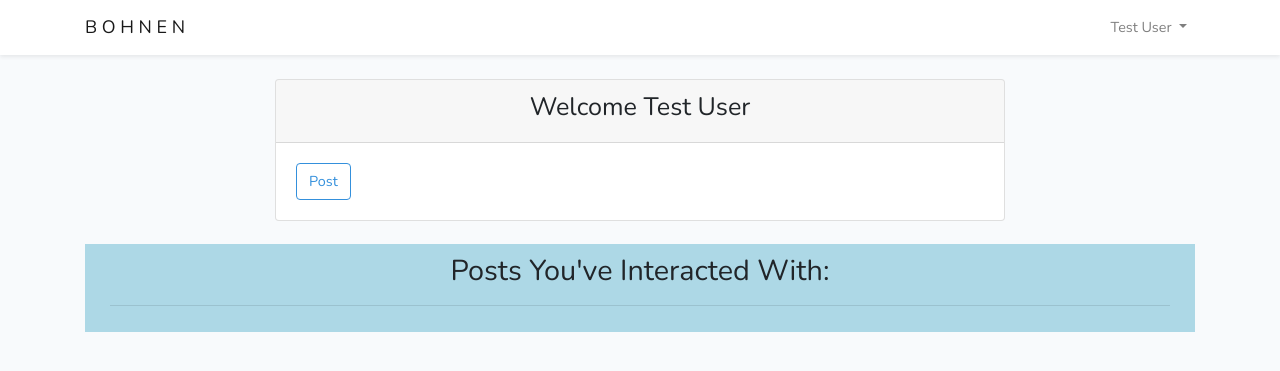
Repository: davidbohnen/BOHNEN
Page: http://localhost/home
These files come from the project's save history. The page is drawn as it stood at one moment and after the next save; the edit follows.
The browser window is 1280 px wide. The pictures show the whole page.
The page is served by the project's Laravel application, run on PHP 8.4 with Laravel 8. A made-up administrator, Test User (test@example.com), is signed in.

Above is the page before, as saved 2020-05-05 21:49:22.

After the next save:
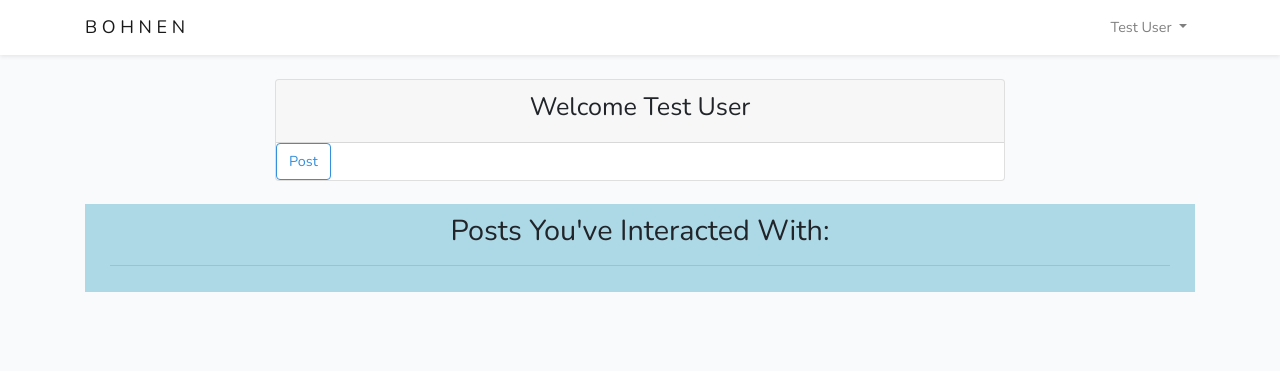
Saved 62 s later.
--- a/resources/views/home.blade.php
+++ b/resources/views/home.blade.php
@@ -7,14 +7,14 @@
             <div class="card">
                 <div class="card-header" style="text-align: center"><h3>Welcome {{ Auth::user()->name }}</h3></div>
 
-                <div class="card-body">
+                <div class="card-body;row justify-content-center">
                     @if (session('status'))
                         <div class="alert alert-success" role="alert">
                             {{ session('status') }}
                         </div>
                     @endif
 
-                <a href="/post/create" class="btn btn-outline-primary my-2 my-sm-0">Post</a>
+                <a href="/post/create" class="btn btn-outline-primary my-2 my-sm-0" >Post</a>
 
                 </div>
             </div>
